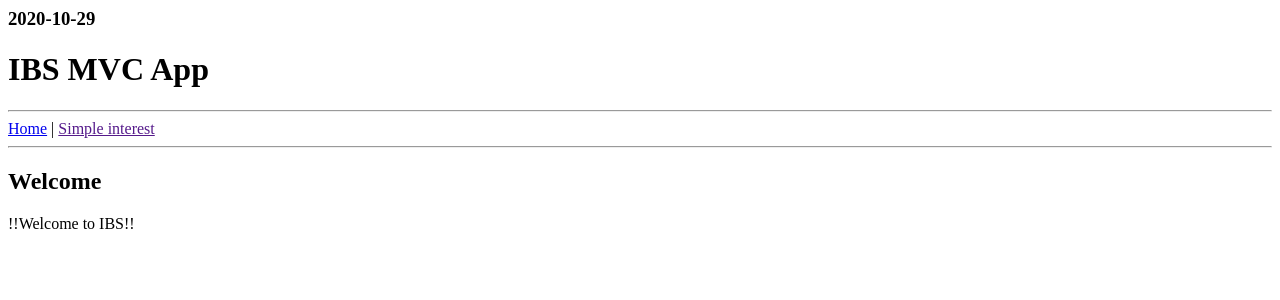
Repository: anik84/ibs
Page: http://localhost/IBS/
These files come from the project's save history. The page is drawn as it stood at one moment and after the next save; the edit follows.
The browser window is 1280 px wide. The pictures show the whole page.
The page is served by Tomcat 9.

Above is the page before, as saved 2020-10-29 04:32:34.

After the next save:
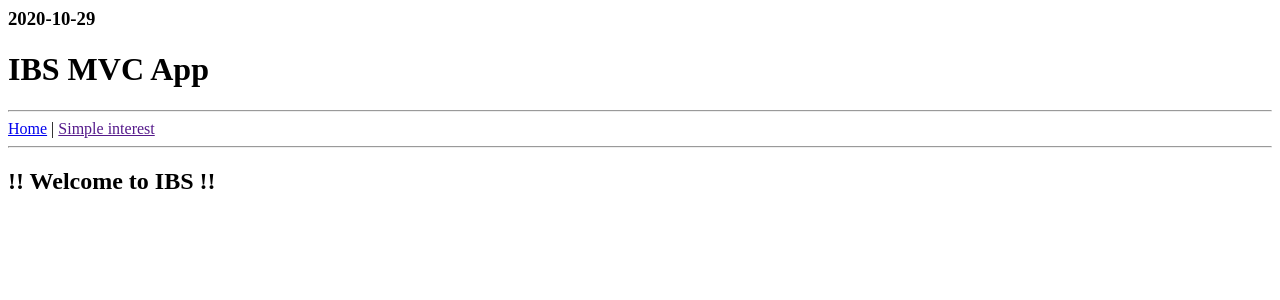
Saved 3 min 39 s later.
--- a/IBS_JSPs/IBS/WebContent/index.jsp
+++ b/IBS_JSPs/IBS/WebContent/index.jsp
@@ -8,9 +8,6 @@
 		<h1>IBS MVC App</h1>
 		<jsp:include page="menu.jsp"/>
 
-		<h2>Welcome</h2>
-		<p>
-		 !!Welcome to IBS!!
-		 </p>
+		<h2>!! Welcome to IBS !!</h2>
 	</body>
 </html>
